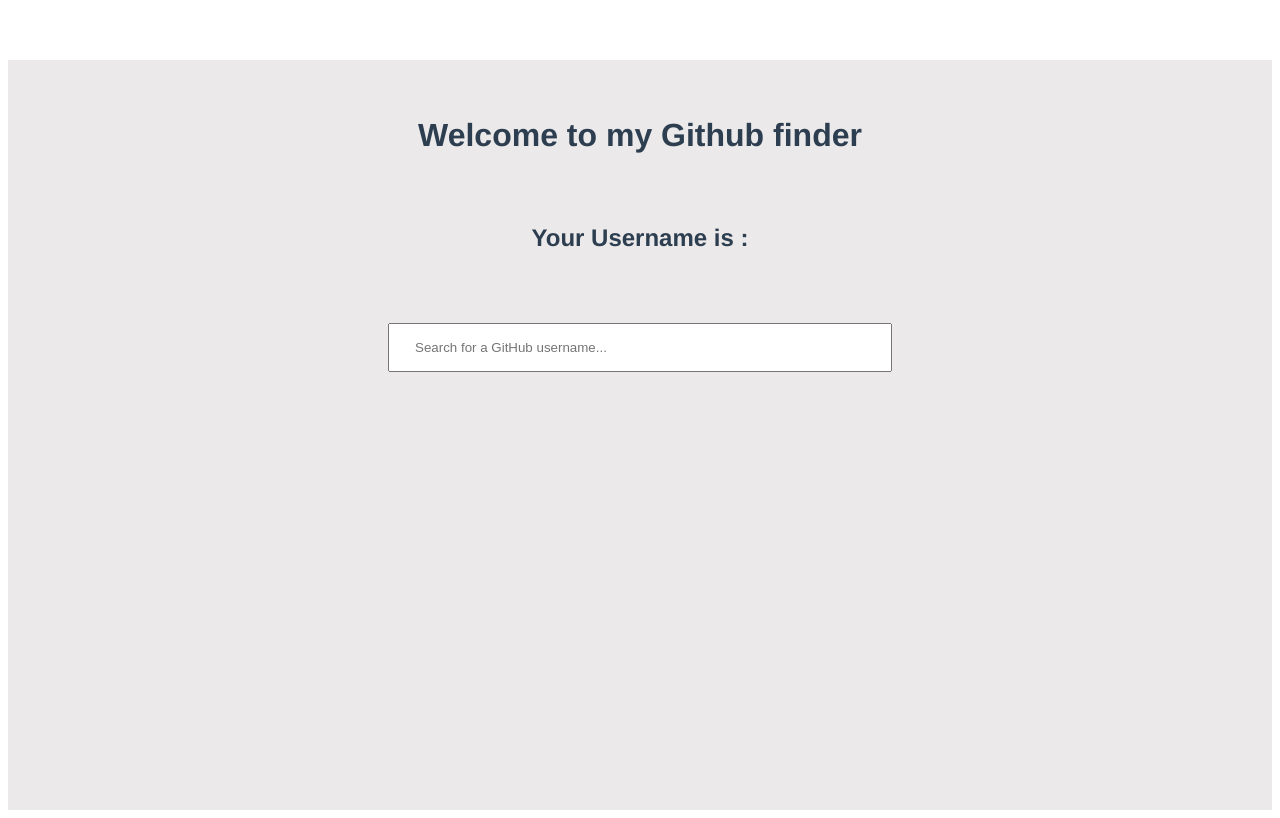
Repository: Syfon01/githubfinderApp
Page: /
The author's editor kept a copy of each file at every save. The page is drawn from the files as they stood at one save, then again after the next save.
The browser window is 1280 px wide. The pictures show the whole page.
The project was rebuilt for these pictures with package versions that can differ from the ones it lists, and the page was loaded fresh each time.

Above is the page before, as saved 2020-02-06 14:45:43.
Console error: TypeError: Cannot read properties of undefined (reading 'protocol')

### public/index.html
<!DOCTYPE html>
<html lang="en">
  <head>
    <meta charset="utf-8">
    <meta http-equiv="X-UA-Compatible" content="IE=edge">
    <meta name="viewport" content="width=device-width,initial-scale=1.0">
    <link rel="icon" href="<%= BASE_URL %>favicon.ico">
    <title>githubfinderapp</title>
  </head>
  <body>
    <noscript>
      <strong>We're sorry but githubfinderapp doesn't work properly without JavaScript enabled. Please enable it to continue.</strong>
    </noscript>
    <div id="app"></div>
    <!-- built files will be auto injected -->
  </body>
</html>

### src/main.js
import Vue from 'vue'
import axios from 'axios';

import App from './App.vue'

Vue.use(axios)
Vue.config.productionTip = false

new Vue({
  render: h => h(App),
}).$mount('#app')

### src/App.vue
<template>
  <div id="app">

    <Finder msg="Welcome to Your Vue.js App"/>
  </div>
</template>

<script>
import Finder from './components/Finder.vue'

export default {
  name: 'app',
  components: {
    Finder
  }
}
</script>

<style>
#app {
  font-family: 'Avenir', Helvetica, Arial, sans-serif;
  -webkit-font-smoothing: antialiased;
  -moz-osx-font-smoothing: grayscale;
  text-align: center;
  color: #2c3e50;
  margin-top: 60px;
}
</style>

### src/components/Finder.vue
<template>

  <div id="main">
    <h1>Welcome to my Github finder</h1>
    <h2>Your Username is : {{username}}</h2>
    <input type="text" name="gh-username" placeholder="Search for a GitHub username..." v-model="username" @keyup="search" :class="{ 'has-error': error }">

    <span class="loading" v-if="loading">Searching GitHub for "{{ username }}"...</span>

    <div class="box" v-if="results && !loading || error && !loading">

        <div v-if="results">
            <img v-if="results.avatar_url" :src="results.avatar_url" :alt="'GitHub Avatar for ' + username ">
            <h4 v-if="results.name">Name:{{ results.name }}</h4>
            <p v-if="results.login">Username:{{ results.login }}</p>
            <i v-if="results.bio">Bio:{{ results.bio }}</i>
            <p v-if="results.public_repos">Public Repo:{{ results.public_repos }}</p>
            <p v-if="results.followers">Followers:{{ results.followers }}</p>
            <p v-if="results.following">Following:{{ results.following }}</p>
            <p v-if="results.curl">Commits:{{ results.curl}}</p>
            <p v-if="results.location">Location:{{ results.location }}</p>
        </div>

        <span v-if="error">Sorry, can't find a user called "<i>{{ username }}</i>"!</span>

    </div>
  </div>




</template>

<script>
import axios from 'axios';
export default {
  name: 'Finder',
data () {
            return {
                username: '',
                results: '',
                error: '',
                loading: false,
            }
        },
        watch: {
            username: function () {
                this.error = '';
            }
        },
        methods:  {
            search: function() {
                if( this.username ){
                    this.loading = true;
                    // console.log("Searching for... " + this.username );
                    axios.get('https://api.github.com/users/' + this.username)
                        .then(response => {
                            // console.log( response.data );
                            this.results = response.data;
                            this.error = '';
                            this.loading = false;
                        }).catch(error => {
                            this.results = '';
                            this.error = error;
                            this.loading = false;
                        });
                } else {
                    this.results = '';
                    this.error = '';
                    this.loading = false;
                }
            }
        }

}
</script>

<style scoped>
div {
   font-family: "HelveticaNeue-Light", "Helvetica Neue Light", "Helvetica Neue", Helvetica, Arial, "Lucida Grande", sans-serif;
   font-weight: 300;
   font-size: 16px; line-height: 1.3;
}
h1,h2{
  width: 500px;
  max-width: 90%;
    padding: 25px;
    margin: 15px auto;
    text-align: center;
}
input {
    display: block;
    width: 450px;
    max-width: 74%;
    padding: 15px 25px;
    margin: 45px auto;
}
.has-error {
    border: 1px solid #96281B;
    outline: none;
}
.box {
    display: block;
    width: 450px;
    max-width: 74%;
    padding: 25px;
    margin: 15px auto;
    background: rgb(226, 226, 226);
    border: 1px solid #D2D7D3;
    text-align: center;
}
.box img {
    display: block;
    width: 200px;
    height: auto;
    margin: 0 auto 15px;
}
.loading {
    display: block;
    text-align: center;
    color: rgb(112, 130, 150);
}
#main{
  background: rgb(235, 233, 233);
  height: auto;
  min-height: 100vh;
  padding: 15px 0px;
}
</style>

After the next save:
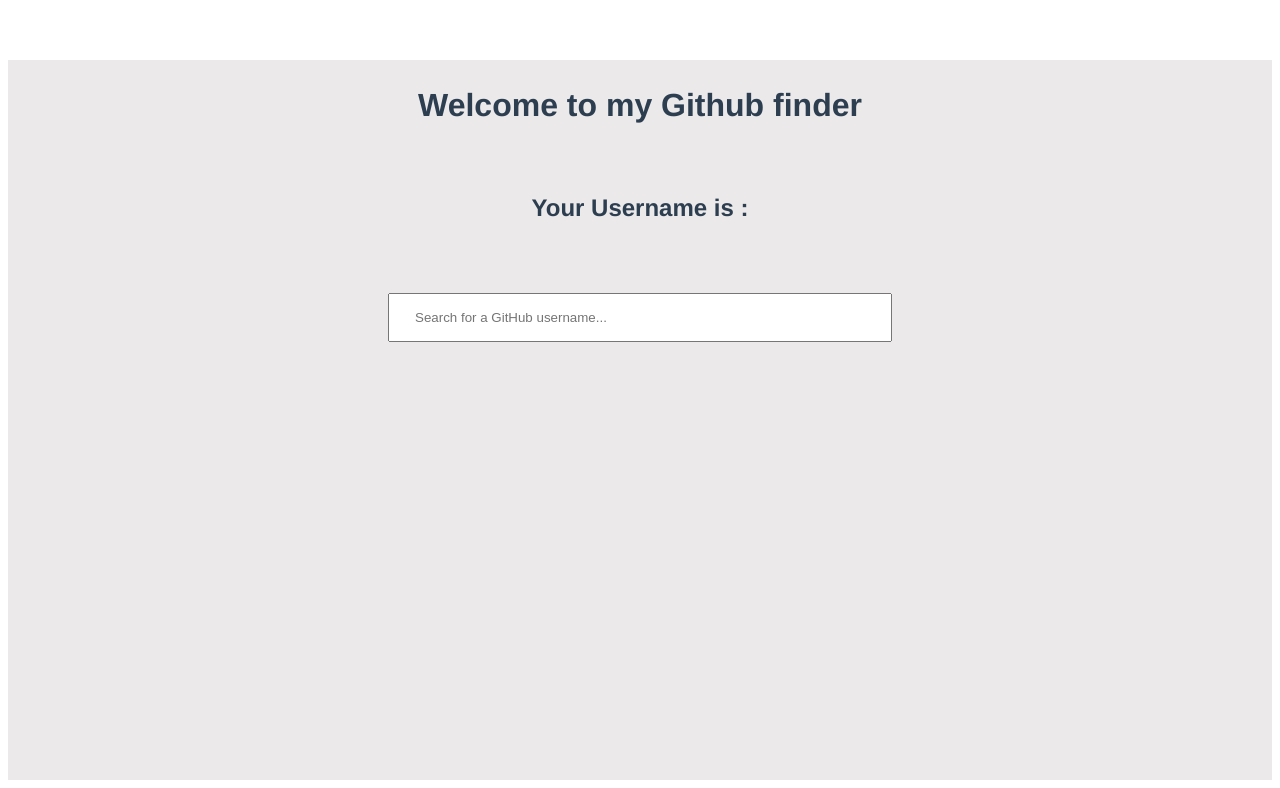
Saved 2 min 21 s later.
--- a/src/components/Finder.vue
+++ b/src/components/Finder.vue
@@ -124,6 +124,6 @@
   background: rgb(235, 233, 233);
   height: auto;
   min-height: 100vh;
-  padding: 15px 0px;
+  /* padding: 15px 0px; */
 }
 </style>

After the save that followed:
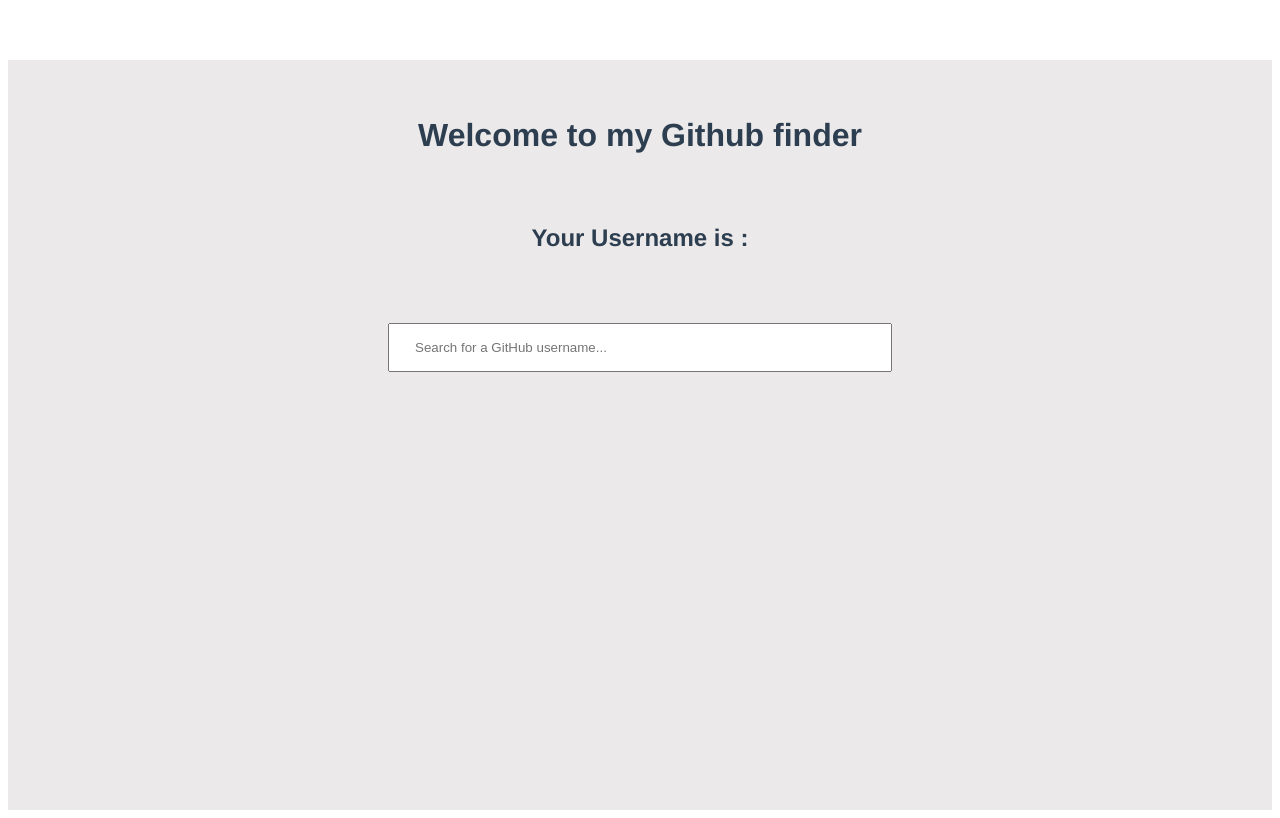
Saved 16 s later.
--- a/src/components/Finder.vue
+++ b/src/components/Finder.vue
@@ -124,6 +124,6 @@
   background: rgb(235, 233, 233);
   height: auto;
   min-height: 100vh;
-  /* padding: 15px 0px; */
+  padding: 15px 0px;
 }
 </style>
